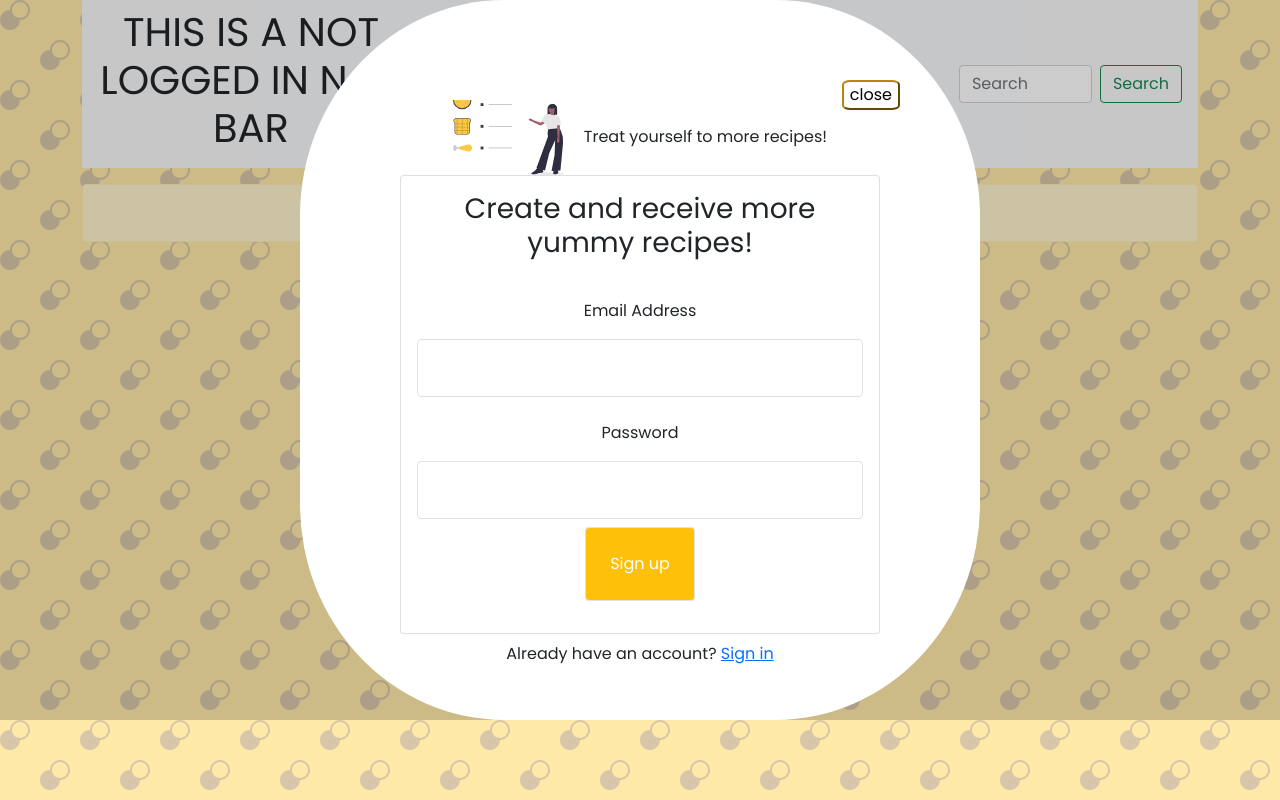
Repository: mottad14/yumBuns
Page: /create (app in client/)
The author's editor kept a copy of each file at every save. The page is drawn from the files as they stood at one save, then again after the next save.
The browser window is 1280 px wide. The pictures show the whole page.
The page's requests for data from a server got no answer. Some web fonts or font styles are not loaded; a fallback is used. The project was rebuilt for these pictures with package versions that can differ from the ones it lists, and the page was loaded fresh each time. No one was signed in, and anything a server would have sent is missing. Also part of the build but not shown: client/src/components/RecipePreview.js, client/src/views/Login.js, client/src/views/NewAccount.js, client/src/views/Recipe.js, client/src/components/Account.jsx.

Above is the page before, as saved 2022-08-02 14:48:34.

### client/public/index.html
<!DOCTYPE html>
<html lang="en">
  <head>
    <meta charset="utf-8" />
    <link rel="icon" href="%PUBLIC_URL%/favicon.ico" />
    <meta name="viewport" content="width=device-width, initial-scale=1" />
    <meta name="theme-color" content="#000000" />
    <meta
      name="description"
      content="Web site created using create-react-app"
    />
    <!--
      Notice the use of %PUBLIC_URL% in the tags above.
      It will be replaced with the URL of the `public` folder during the build.
      Only files inside the `public` folder can be referenced from the HTML.

      Unlike "/favicon.ico" or "favicon.ico", "%PUBLIC_URL%/favicon.ico" will
      work correctly both with client-side routing and a non-root public URL.
      Learn how to configure a non-root public URL by running `npm run build`.
    -->
    <title>Yumbuns</title>
  </head>
  <body>
    <noscript>You need to enable JavaScript to run this app.</noscript>
    <div id="root"></div>
    <!--
      This HTML file is a template.
      If you open it directly in the browser, you will see an empty page.

      You can add webfonts, meta tags, or analytics to this file.
      The build step will place the bundled scripts into the <body> tag.

      To begin the development, run `npm start` or `yarn start`.
      To create a production bundle, use `npm run build` or `yarn build`.
    -->
  </body>
</html>

### client/src/index.js
import React from 'react';
import ReactDOM from 'react-dom';
import './index.css';
import App from './App';
import reportWebVitals from './reportWebVitals';
import {BrowserRouter} from "react-router-dom";

ReactDOM.render(
    <React.StrictMode>
      <BrowserRouter>
            <App />
      </BrowserRouter>
    </React.StrictMode>,
    document.getElementById('root')
);



// If you want to start measuring performance in your app, pass a function
// to log results (for example: reportWebVitals(console.log))
// or send to an analytics endpoint. Learn more: https://bit.ly/CRA-vitals
reportWebVitals();

### client/src/App.js
import React from 'react';
import 'bootstrap/dist/css/bootstrap.min.css';
import {Switch, Route} from "react-router-dom";
import {useState, useEffect} from 'react'
import './App.css';
import NavBar from './components/NavBar';
import Main from './views/Main';
import Login from './views/Login'
import NewAccount from "./views/NewAccount"
import Create from './views/Create';
import Recipe from './views/Recipe';
import SubscribePop from './components/SubscribePop';
import Account from './components/Account';
import ProtectedRoute from './components/ProtectedRoute';
import AlertMessage from './components/AlertMessage';

import { AuthContextProvider } from "./contexts/AuthContext";
import { getAuth, onAuthStateChanged } from "firebase/auth";



function App() {
  const [timedPopup, setTimedPopup] = useState (false);
  const [loggedIn, setLoggedIn] = useState();



  useEffect(() => {

  const auth = getAuth();

  onAuthStateChanged(auth, (user) => {
  if (user) {
    setLoggedIn(true);
    // User is signed in, see docs for a list of available properties
    // https://firebase.google.com/docs/reference/js/firebase.User
    const uid = user.uid;
    console.log(`Current user id: ${uid}`)
    // ...
  } else {
    // User is signed out
    setTimeout(() => {
      setTimedPopup(true)

    }, 5000)
  }}, [])

  })
  console.log("The user is currently logged in:", loggedIn)




  return (

    <div className="App" >
          <div className="container">
              <AuthContextProvider>
                <NavBar loggedIn={false} />
                  <Switch>
                    <Route exact path="/">
                      <Main/>
                    </Route>

                    <Route exact path="/login">
                      <Login/>
                    </Route>

                    <Route exact path="/signup">
                      <NewAccount/>
                    </Route>

                    <Route path="/view/single/:_id">
                      <Recipe/>
                    </Route>

                    <Route exact path="/create">
                      <ProtectedRoute>   <Create/>  </ProtectedRoute>
                    </Route>

                    <Route exact path="/loginAlert">
                      <AlertMessage/>
                      <Main/>
                    </Route>

                    <Route exact path="/account">
                      <ProtectedRoute>   <Account/>  </ProtectedRoute>
                    </Route>
                  </Switch>

                  <SubscribePop trigger={timedPopup} setTrigger={setTimedPopup}>
                  </SubscribePop>
              </AuthContextProvider>

       </div>
    </div>
  );
}

export default App;

### client/src/App.css
@import url('https://fonts.googleapis.com/css2?family=BIZ+UDGothic&family=Poppins&display=swap');


.App {
  background-color: #ffe9a9;
  background-image: url("data:[embedded picture, 584 characters]");
  font-family: 'Poppins', sans-serif;
  display: flex;
  justify-content: center;
  text-align: center;
  min-height: 800px;
}

.recipePreview{
  border: 3px solid rgb(177, 177, 177);
  min-height: 300px;
  width: 250px;
  background-color: rgb(254, 194, 10);
  border-left-style: dotted;
  border-right-style: dotted;
  border-radius: 10%;

}

.recipePreview > img{
  width: 95%;
  border-radius: 10%;
}
.recipePreview >div{
  align-items: center;

}

.Logo{
  margin-left: 10px;
  height: 30px;
}

.sticky{
  position: sticky;
  top: 0;
  z-index: 999;
  background-color: rgb(254, 194, 10);
  border: 2px solid black;
  border-radius: 25px;
}

.thumbnailBox > img{
  height: 40px;
}

.thumbnailBox > img:hover{
  height: 125px;
}

### client/src/components/NavBar.js
import React from "react";
import { Link } from "react-router-dom"
import Nav from 'react-bootstrap/Nav';
import YumBuns from "../imgs/YumBunsLogo.png"

const NavBar = (props) => {


  return (props.loggedIn) ? (
    // If user is passed in as being Logged in via props then nav bar with Account and Log out info displays,
    // if user is not logged in, navbar with subscription and log in links are pushed in.
    <nav className="navbar navbar-expand-sm bg-light mb-3">
        <h1>THIS IS OUR LOGGED IN NAV BAR</h1>
                <Link className="navbar-brand mx-3" to="/">  <img className="Logo" src={YumBuns} alt="Logo" /> </Link>

                <ul className="navbar-nav me-auto mb-2 mb-lg-0">
                    <li className="nav-item">
                    <Nav.Link> <Link className="nav-link btn-outline-warning" aria-current="page" to="/">Home</Link> </Nav.Link>
                    </li>
                    <li className="nav-item">
                    <Nav.Link> <Link className="nav-link d-flex mx-3 btn-outline-warning" to="/create"> Create a Recipe</Link> </Nav.Link>
                    </li>
                    <li className="nav-item">
                    <Nav.Link>  <Link className="nav-link d-flex mx-3 btn-outline-warning" to="/account">    <p> My Account </p>    </Link> </Nav.Link>
                    </li>
                </ul>
                <form className="d-flex mx-3" role="search">
                    <input className="form-control me-2" type="search" placeholder="Search" aria-label="Search" />
                    <button className="btn btn-outline-success" type="submit">Search</button>
                </form>
            </nav>
    )
    :

    <nav className="navbar navbar-expand-sm bg-light mb-3">
        <h1> THIS IS A NOT LOGGED IN NAV BAR </h1>
                <Link className="navbar-brand mx-3" to="/">  <img className="Logo" src={YumBuns} alt="Logo" /> </Link>

                <ul className="navbar-nav me-auto mb-2 mb-lg-0">
                    <li className="nav-item">
                    <Nav.Link> <Link className="nav-link btn-outline-warning" aria-current="page" to="/">Home</Link> </Nav.Link>
                    </li>
                    <li className="nav-item">
                    <Nav.Link> <Link className="nav-link btn-outline-warning" to="/create">Create a Dish</Link> </Nav.Link>
                    </li>
                    <li className="nav-item">
                    <Nav.Link> <Link className="nav-link d-flex mx-3 btn-outline-warning" to="/login"> Log In</Link> </Nav.Link>
                    </li>
                    <li className="nav-item">
                    <Nav.Link>  <Link className="nav-link d-flex mx-3 btn-outline-warning" to="/signup">    <p> Sign Up </p>    </Link> </Nav.Link>
                    </li>
                </ul>
                <form className="d-flex mx-3" role="search">
                    <input className="form-control me-2" type="search" placeholder="Search" aria-label="Search" />
                    <button className="btn btn-outline-success" type="submit">Search</button>
                </form>
            </nav>;
}

export default NavBar;

### client/src/views/Main.js
import React, {useState, useEffect} from "react";
import axios from "axios";
import RecipePreview from "../components/RecipePreview";

const Main = (props) => {
    const [recipes, setRecipes]=useState([]);

    useEffect(()=>{
        axios.get("http://localhost:8000/api/recipes/all")
        .then(res=>{
            setRecipes(res.data);
        })
        .catch(err=>console.log(err))
    }, [])

    return(
        <div className="d-flex justify-content-around flex-wrap w-75 mx-auto">
            {
                recipes.map((item,i)=>{
                    return <RecipePreview key={item._id} data={item} />
                })
            }
        </div>
    )
}

export default Main;

### client/src/components/SubscribePop.js
import React from 'react'
import "./SubscribePop.css"
import { Link } from 'react-router-dom'
import subscribe from "../imgs/subscribe.svg"
import Signup from './SignUp';

function SubscribePop(props) {
  return (props.trigger) ? (
    <div className='popUp'>
        <div className='popup-inner'>
            <img src={subscribe} alt="subscribe icon" />
            Treat yourself to more recipes!
            <Signup></Signup>

            <button className='close-btn' onClick={() => props.setTrigger(false)}> close </button>
            <p className='w-100 text-center mt-2'>
            Already have an account? <Link onClick={() => props.setTrigger(false)} to="/login" className='underline'> Sign in </Link>
            </p>
        </div>
    </div>
  ) : "";
}

export default SubscribePop

### client/src/components/ProtectedRoute.js
import React from 'react'
import {useHistory} from 'react-router-dom'
import {UserAuth} from "../contexts/AuthContext"
import AlertMessage from './AlertMessage';


const ProtectedRoute = ({children}) => {
    const {user} = UserAuth()
    const history = useHistory();

    if (!user){
        history.push("/loginAlert");
        console.log("Please log in to continue.")
        return ( <AlertMessage/>)
    }

  return (  children  )
}

export default ProtectedRoute

### client/src/components/AlertMessage.jsx
import React from 'react';
import Alert from 'react-bootstrap/Alert';


function AlertMessage() {
  return (
        <Alert variant="warning">
          Please <Alert.Link href="/login">log in</Alert.Link> or <Alert.Link href="/signup">sign up</Alert.Link> to create and share your recipes!
        </Alert>
      )
    }

export default AlertMessage

### client/src/contexts/AuthContext.js
import { createContext, useContext, useEffect, useState } from "react";
import {createUserWithEmailAndPassword,
    signInWithEmailAndPassword,
    signOut,
    onAuthStateChanged}
    from "firebase/auth"
import { auth } from "../firebase";

const UserContext = createContext();

export const AuthContextProvider = ({children}) => {
    const [user, setUser] = useState({})

    const createUser = (email, password) => {
        return (createUserWithEmailAndPassword(auth, email, password))
    }

    const signIn = (email, password) => {
        return signInWithEmailAndPassword(auth, email, password)
    }

    const logout = () =>{
        return signOut(auth);
    }

    useEffect (() => {
        const unsubscribe = onAuthStateChanged(auth, (currentUser) => {
            console.log(currentUser)
            setUser(currentUser)
        })
        return (() => {
            unsubscribe()
        })
    }, [])

    return (
        <UserContext.Provider value={{ createUser, user, signIn, logout }}>
            {children}
        </UserContext.Provider>
    )
}

export const UserAuth = () =>{
    return useContext(UserContext)
}

### client/src/components/SubscribePop.css
.popUp{
    position: fixed;
    top:0;
    left: 0;
    width: 100%;
    height: 100vh;
    background-color:   rgba(0,0,0,0.2);
    display: flex;
    justify-content: center;
    align-items: space-around;
}

.popup-inner{
    position: relative;
    padding: 100px;
    width: 70%;
    max-width: 680px;
    background-color: white;
    border-radius: 30%;
}

.popup-inner .close-btn{
    position:absolute;
    border-radius: 15%;
    border-color: darkgoldenrod;
    background-color: white;
    top:80px;
    right: 80px;
}

.popup-inner > img{
    height: 75px;
    margin-right: 20px;
}

### client/src/components/SignUp.jsx
import React, { useState } from 'react'
import { Link, useHistory } from 'react-router-dom'
import {Form, Button, Card, Alert} from "react-bootstrap"
import { UserAuth } from '../contexts/AuthContext'
import chef from "../imgs/chef.svg"

const Signup = () => {

  const [email, setEmail] = useState('')
  const [password, setPassword] = useState('')
  const [error, setError] = useState('')

  const history = useHistory();
  const {createUser} = UserAuth();

  const handleSubmit = async(e) => {
    e.preventDefault();
    setError('')
    try{
      await createUser(email, password)
      console.log("New User Created!")
      history.push("/");
    } catch(e) {
      setError(e.message)
      console.log(e.message)
    }
  }

  return (
    <Card className='d-flex justify-content-center' style={{ width: 'auto' }}>
      <Card.Body>
          <h3 className='text-center mb-4'> Create and receive more yummy recipes!</h3>
            {error && <Alert variant="danger"> {error} </Alert>}

      <Form onSubmit={handleSubmit}>
          <Form.Group className='flex flex-col py-2'>
            <Form.Label className='py-2 font-medium' htmlFor=""> Email Address</Form.Label>
            <Form.Control onChange={(e)=> setEmail(e.target.value)} className='border p-3' type="email"/>
          </Form.Group>

          <Form.Group className='flex flex-col py-2'>
            <Form.Label className='py-2 font-medium' htmlFor=""> Password</Form.Label>
            <Form.Control onChange={(e)=> setPassword(e.target.value)} className='border p-3' type="password"/>
          <Button variant="warning" className='border border-blue-500 bg-yellow-600 hover:bg-blue-500 w-full p-4 my-2 text-white'>Sign up</Button>
          </Form.Group>

      </Form>


      </Card.Body>
    </Card>
  )
}

export default Signup

### client/src/firebase.js
// Import the functions you need from the SDKs you need
import { initializeApp } from "firebase/app";
import { getAuth } from "firebase/auth";
import { getStorage } from "firebase/storage"
// TODO: Add SDKs for Firebase products that you want to use
// https://firebase.google.com/docs/web/setup#available-libraries

// Your web app's Firebase configuration
console.log(`The current api key is: ${process.env.REACT_APP_FIREBASE_API_KEY}`)
const firebaseConfig = {
  apiKey: process.env.REACT_APP_FIREBASE_API_KEY,
  authDomain: process.env.REACT_APP_FIREBASE_AUTH_DOMAIN,
  projectId: process.env.REACT_APP_FIREBASE_PROJECT_ID,
  storageBucket: process.env.REACT_APP_FIREBASE_STORAGE_BUCKET,
  messagingSenderId: process.env.REACT_APP_FIREBASE_MESSAGING_SENDER_ID,
  appId: process.env.REACT_APP_FIREBASE_APP_ID,
  measurementId: process.env.REACT_APP_FIREBASE_MEASUREMENT_ID
};

// Initialize Firebase
const app = initializeApp(firebaseConfig);
export const auth = getAuth(app);
export const storage = getStorage(app)
export default app;

Loaded but not shown: client/src/index.css (common file); client/src/reportWebVitals.js (common file); client/src/views/Create.js (149 lines, source omitted)

After the next save:
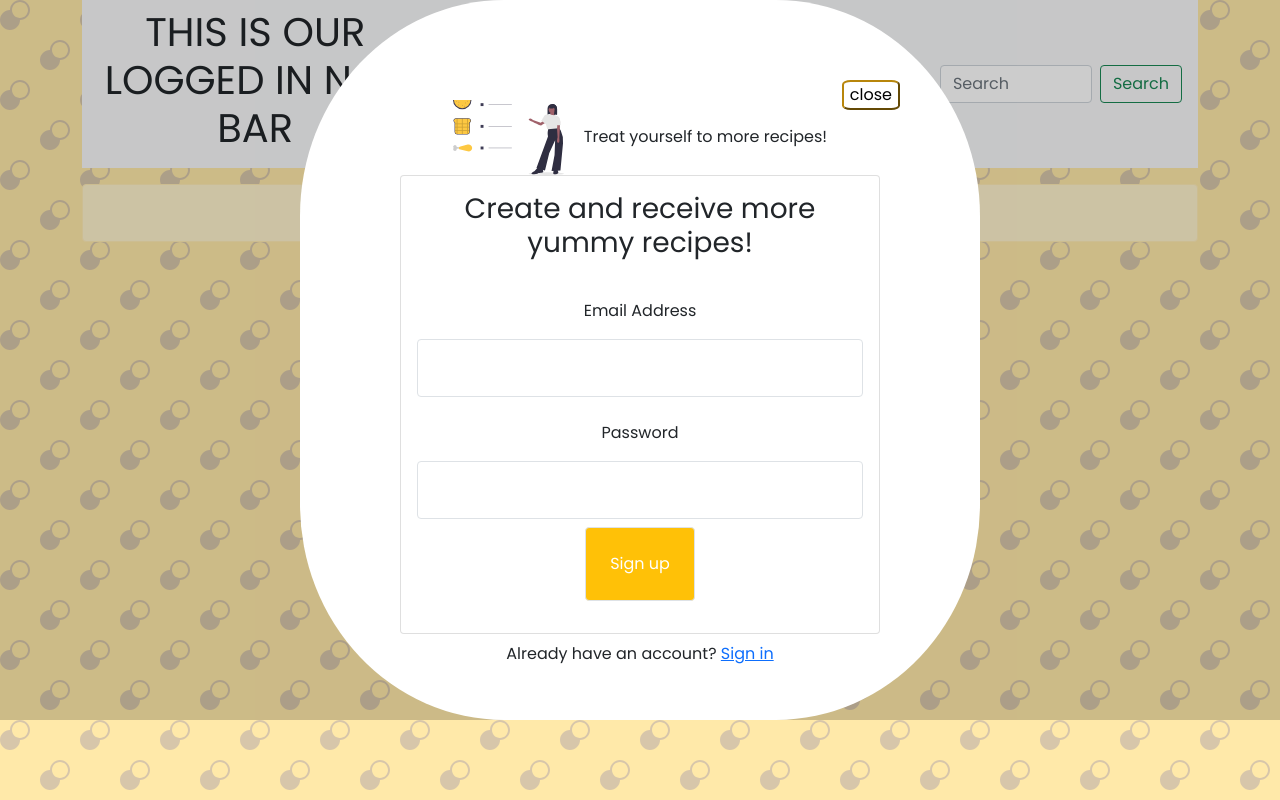
Saved 7 s later.
--- a/client/src/App.js
+++ b/client/src/App.js
@@ -56,7 +56,7 @@
     <div className="App" >
           <div className="container">
               <AuthContextProvider>
-                <NavBar loggedIn={false} />
+                <NavBar loggedIn={true} />
                   <Switch>
                     <Route exact path="/">
                       <Main/>

After the save that followed:
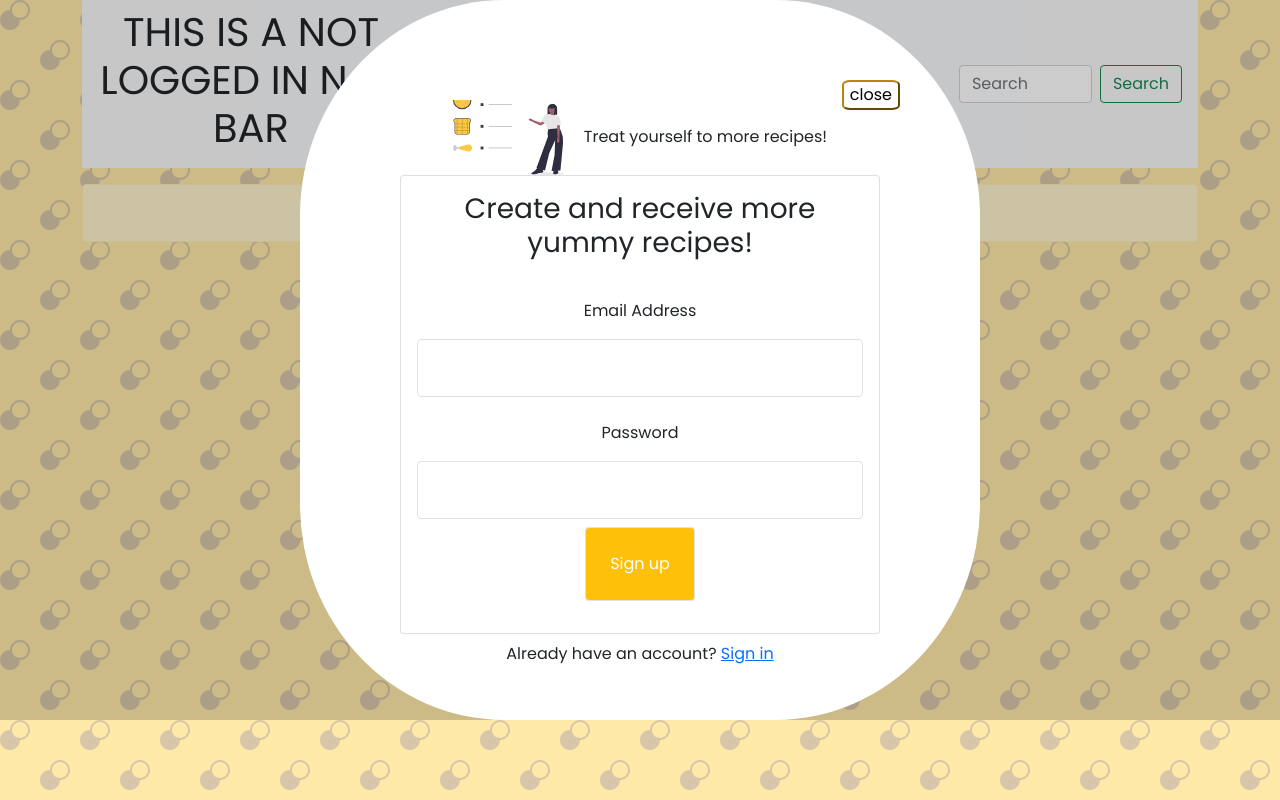
Saved 4 s later.
--- a/client/src/App.js
+++ b/client/src/App.js
@@ -56,7 +56,7 @@
     <div className="App" >
           <div className="container">
               <AuthContextProvider>
-                <NavBar loggedIn={true} />
+                <NavBar loggedIn={loggedIn} />
                   <Switch>
                     <Route exact path="/">
                       <Main/>
